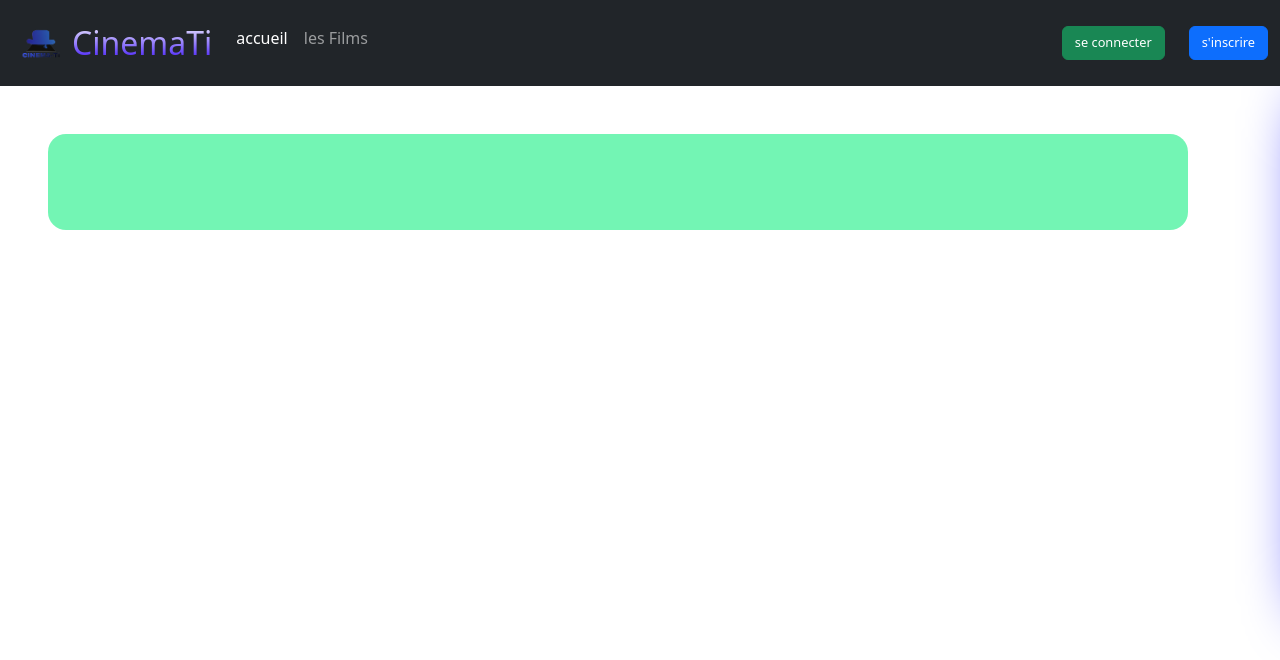
Repository: ahmed-rabah/cinemaMiniProject
Page: http://localhost/finaliserCommande.php
An editor plug-in stored every save of this project. The page is shown before and after the next save, followed by the edit.
The browser window is 1280 px wide. The pictures show the whole page.
The page is run by PHP 8.4 with error messages shown; the project is at /var/www/html/.

Above is the page before, as saved 2023-01-12 20:36:45.
Console error: TypeError: Cannot read properties of null (reading 'addEventListener')

After the next save:
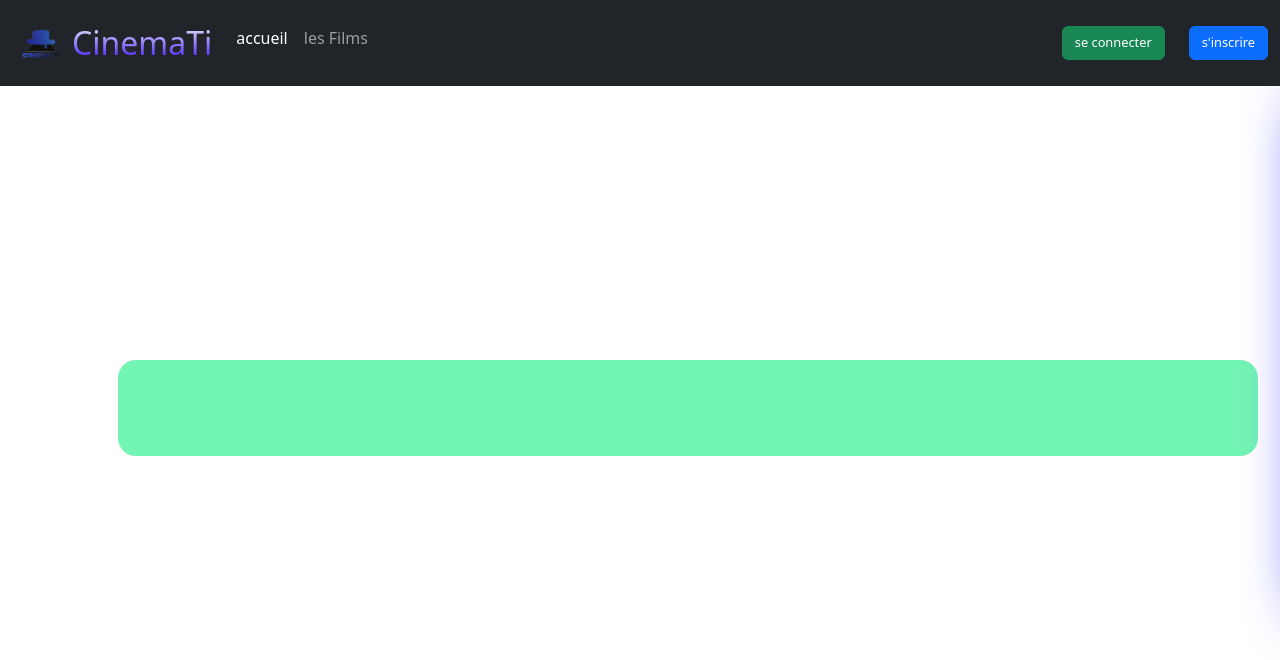
Saved 5 min 20 s later.
--- a/finaliserCommande.php
+++ b/finaliserCommande.php
@@ -18,7 +18,7 @@
 
         <?php include './header.php'; ?>
 
-    <main class="container" id="container">
+    <main class="container centered" id="container">
         <?php if(!$isEmptyCart){ ?>
         <section class="" id="cartContainer"></section>
         <div class="alert alert-primary m-2 text-center" role="alert">
